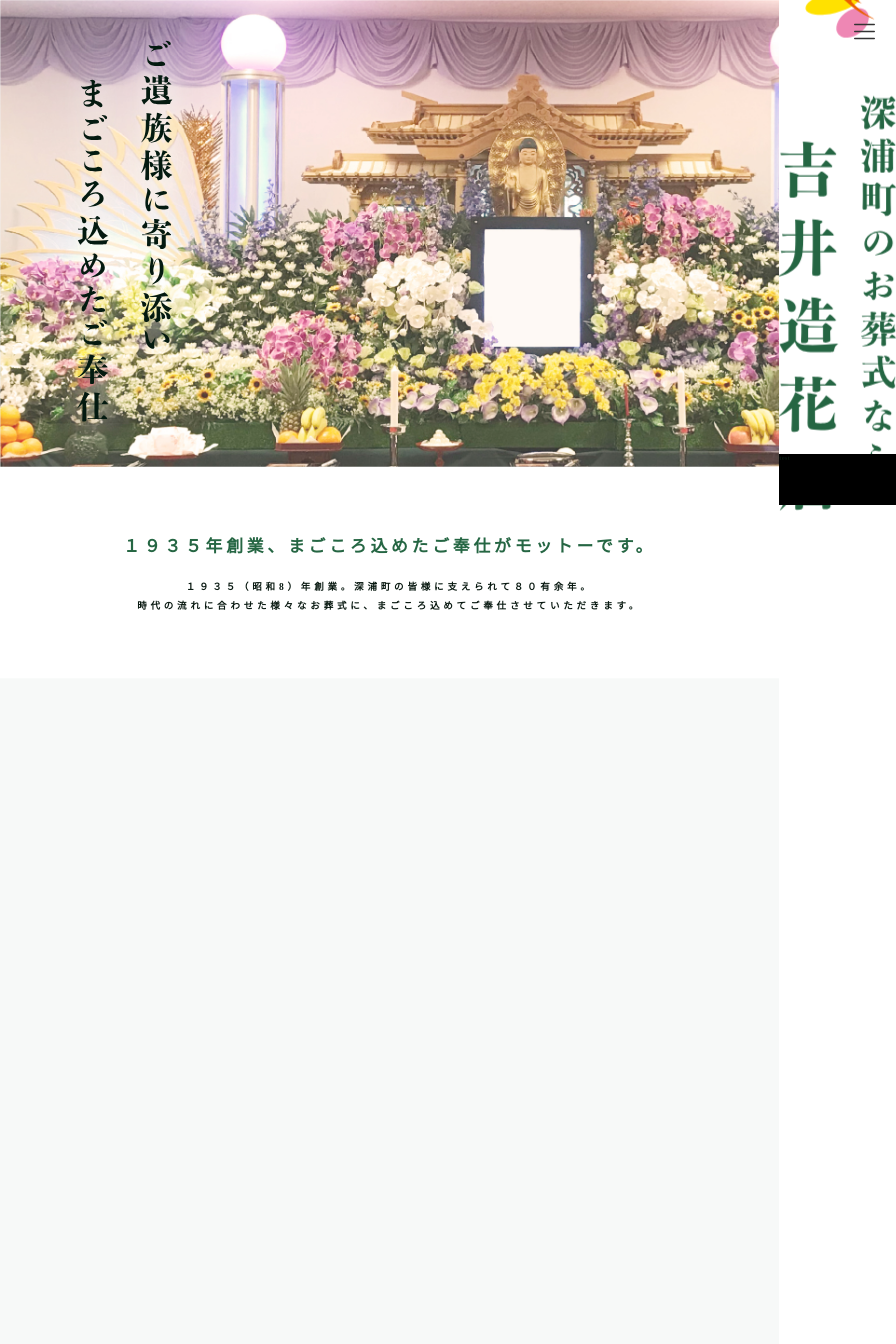
Repository: plus-agc-service-yamauchi/yoshii_scratch_ver3
Page: index.html
These files come from the project's save history. The page is drawn as it stood at one moment and after the next save; the edit follows.
The browser window is 1280 px wide. The pictures show the part of the page from y = 0 to 1920 px (the page is 3726 px tall), at 70% of full size.
Some web libraries are served in a nearby version. The style sheet was rebuilt from its Sass, Less or Tailwind sources for each picture, by a compiler version that may differ from the author's.

Above is the page before, as saved 2021-01-28 22:56:41.
Console error (its wording comes from the project's code and is left out).

### index.html
<!DOCTYPE html>
<html lang="ja">

<head>
    <title>吉井造花店</title>
    <meta name="description" content="1935（昭和8）年創業。深浦町の皆様に支えられて８０有余年。時代の流れに合わせた様々なお葬式に、まごころ込めてご奉仕させていただきます。">
    <meta charset="utf-8" />
    <meta name="viewport" content="width=device-width, initial-scale=1" />
    <meta property="og:title" content="">
    <meta property="og:type" content="">
    <meta property="og:url" content="">
    <meta property="og:image" content="">
    <link rel="manifest" href="site.webmanifest">
    <link rel="apple-touch-icon" href="icon.png">
    <link rel="icon" type="image/x-icon" href="favicon.ico">
    <link rel="stylesheet" href="css/style.min.css" />
    <link rel="stylesheet" href="css/animate.min.css">
    <link rel="stylesheet" href="css/common.min.css" />
    <link rel="stylesheet" href="css/destyle.css" />
</head>

<body>
    <header>
        <!-- SP ヘッダーバー -->
        <div id="headbar">
            <h1 class="text-main"><a href="index.html"><span>有限会社</span> 吉井造花店</a></h1>
        </div>
        <!-- ドロワーナビゲーション -->
        <div id="navArea">
            <nav>
                <div class="inner">
                    <ul class="menu_list">
                        <li><a href="index.html">トップページ</a></li>
                        <li class="nav_item">
                            <a href="#" class="js-dropdown">吉井造花店のご案内<span>&#9662;</span></a>
                            <div class="panel js-dropdown-menu">
                                <ul class="panel-inner">
                                    <li class="panel_item">
                                        <a href="about.html">吉井造花店について</a>
                                    </li>
                                    <li class="panel_item">
                                        <a href="about.html#anchor_1">当社のサービス内容</a>
                                    </li>
                                    <li class="panel_item">
                                        <a href="about.html#anchor_2">会社案内</a>
                                    </li>
                                </ul>
                            </div>
                        </li>
                        <li class="nav_item">
                            <a href="#" class="js-dropdown">お葬式プランと安置室のご案内<span>&#9662;</span></a>
                            <div class="panel js-dropdown-menu">
                                <ul class="panel-inner">
                                    <li class="panel_item">
                                        <a href="plan.html">お葬式プランと安置室のご案内</a>
                                    </li>
                                    <li class="panel_item">
                                        <a href="plan.html#anchor_1">一般葬プラン</a>
                                    </li>
                                    <li class="panel_item">
                                        <a href="plan.html#anchor_2">家族葬プラン</a>
                                    </li>
                                    <li class="panel_item">
                                        <a href="plan.html#anchor_3">安置室プラン</a>
                                    </li>
                                    <li class="panel_item">
                                        <a href="plan.html#anchor_4">安置室について</a>
                                    </li>
                                </ul>
                            </div>
                        </li>
                        <li class="nav_item">
                            <a href="#" class="js-dropdown">御供物・御供花のご注文<span>&#9662;</span></a>
                            <div class="panel js-dropdown-menu">
                                <ul class="panel-inner">
                                    <li class="panel_item">
                                        <a href="order.html">御供物・御供花のご注文</a>
                                    </li>
                                    <li class="panel_item">
                                        <a href="order.html#anchor_1">御供花</a>
                                    </li>
                                    <li class="panel_item">
                                        <a href="order.html#anchor_2">花環</a>
                                    </li>
                                    <li class="panel_item">
                                        <a href="order.html#anchor_3">盛り籠</a>
                                    </li>
                                </ul>
                            </div>
                        </li>
                        <li><a href="faq.html">よくあるご質問</a></li>
                        <div class="sp-call tabVisible pcHidden">
                            <p>24時間365日<br>お問い合わせはお電話・FAXで承ります。</p>
                            <p>お問い合わせはこちら</p>
                            <p><a href="tel:0173-74-2033">&phone; 0173-74-2033</a></p>
                        </div>
                    </ul>
                </div>
            </nav>
            <!-- ナビゲーショントグル -->
            <div class="toggle_btn">
                <span></span>
                <span></span>
                <span></span>
            </div>
            <div id="mask"></div>
        </div>
    </header>
    <main>
        <div class="wrapper">
            <div class="left">
                <!-- メイン スライダー -->
                <div id="slider">
                    <div id="slidertype1">
                        <img src="img/slide_1.jpg" alt="スライド1" width="100%" />
                    </div>
                    <div id="slidertype2">
                        <img src="img/slide_2.jpg" alt="スライド2" width="100%" />
                    </div>
                    <div id="slidertype3">
                        <img src="img/slide_3.jpg" alt="スライド3" width="100%" />
                    </div>
                    <p>
                        <img src="img/hero_text.svg" alt="ご遺族様に寄り添いまごころ込めたご奉仕" class="hero_text" />
                    </p>
                </div>
                <!-- メインコンテンツ -->
                <div class="container">
                    <div class="top">
                        <div class="text-sp-center text-tab-center text-pc-center">
                            <h2 class="text-main font36 mb20">
                                １９３５年創業、まごころ込めたご奉仕がモットーです。
                            </h2>
                        </div>
                        <p class="text-sp-left text-tab-center text-pc-center">
                            １９３５（昭和8）年創業。深浦町の皆様に支えられて８０有余年。<br />
                            時代の流れに合わせた様々なお葬式に、まごころ込めてご奉仕させていただきます。
                        </p>
                    </div>
                </div>
                <div class="bg-sub">
                    <div class="container py30">
                        <div class="mb80">
                            <div class="spHidden tabVisible pcVisible">
                                <div class="grid-pc-2 grid-tab-2">
                                    <div class="inner-left animate__animated animate__fadeInLeft animate__delay-2s">
                                        <img src="img/top_card_1.png" alt="" class="img-pc-100 img-tab-100">
                                    </div>
                                    <div class="inner-right animate__animated animate__fadeInRight animate__delay-2s">
                                        <h3 class="text-main">吉井造花店について</h3>
                                        <p>
                                            お客様の様々な不安を安心にかえるお手伝いをまごころでご奉仕させていただだきます。
                                        </p>
                                        <a class="button text-main" ontouchstart="" href="about.html">
                                            詳細はこちら
                                        </a>
                                    </div>
                                </div>
                            </div>
                            <!-- SP -->
                            <div class="mb30 spVisible tabHidden pcHidden animate__animated animate__fadeInUp animate__delay-2s">
                                <img src="img/top_card_1.png" alt="" class="img100 img-tab-100" />
                                <div class="item">
                                    <h3 class="text-main">吉井造花店について</h3>
                                    <p>
                                        お客様の様々な不安を安心にかえるお手伝いをまごころでご奉仕させていただだきます。
                                    </p>
                                    <a class="button text-main" ontouchstart="" href="about.html">
                                        詳細はこちら
                                    </a>
                                </div>
                            </div>
                        </div>
                        <div class="mb80">
                            <div class="spHidden tabVisible pcVisible">
                                <div class="grid-pc-2 grid-tab-2">
                                    <div class="inner-left-2 animate__animated animate__fadeInLeft animate__delay-3s">
                                        <h3 class="text-main text-left">お葬式プランと<br>安置室のご案内</h3>
                                        <p>
                                            宗旨・宗派を問わず、ご要望にお応えいたします。
                                        </p>
                                        <a class="button text-main" ontouchstart="" href="plan.html">
                                            詳細はこちら
                                        </a>
                                    </div>
                                    <div class="inner-right-2 animate__animated animate__fadeInRight animate__delay-3s">
                                        <img src="img/top_card_2.png" alt="" class="img-pc-100 img-tab-100">
                                    </div>
                                </div>
                            </div>
                            <!-- SP -->
                            <div class="mb30 spVisible tabHidden pcHidden animate__animated animate__fadeInUp animate__delay-3s">
                                <img src="img/top_sp_2.png" alt="" class="img100" />
                                <div class="item">
                                    <h3 class="text-main">お葬式プラン<span class="spHidden tabHidden">と安置室のご案内</span></h3>
                                    <p>
                                        宗旨・宗派を問わず、ご要望にお応えいたします。
                                    </p>
                                    <a class="button text-main" ontouchstart="" href="plan.html">
                                        詳細はこちら
                                    </a>
                                </div>
                            </div>
                        </div>
                        <div class="mb80">
                            <div class="spHidden tabVisible pcVisible">
                                <div class="grid-pc-2 grid-tab-2">
                                    <div class="inner-left animate__animated animate__fadeInLeft animate__delay-4s">
                                        <img src="img/top_card_3.png" alt="" class="img-pc-100 img-tab-100">
                                    </div>
                                    <div class="inner-right animate__animated animate__fadeInRight animate__delay-4s">
                                        <h3 class="text-main">御供物・御供花のご注文</h3>
                                        <p>
                                            お通夜・お葬儀、法要・法事などでご利用いただけます。
                                        </p>
                                        <a class="button text-main" ontouchstart="" href="order.html">
                                            詳細はこちら
                                        </a>
                                    </div>
                                </div>
                            </div>
                            <!-- SP -->
                            <div class="mb30 spVisible tabHidden pcHidden animate__animated animate__fadeInUp animate__delay-4s">
                                <img src="img/top_sp_3.png" alt="" class="img100" />
                                <div class="item">
                                    <h3 class="text-main">御供物・御供花のご注文<span class="spHidden tabHidden"></h3>
                                    <p>
                                        お通夜・お葬儀、法要・法事などでご利用いただけます。
                                    </p>
                                    <a class="button text-main" ontouchstart="" href="order.html">
                                        詳細はこちら
                                    </a>
                                </div>
                            </div>
                        </div>
                        <div class="mb80">
                            <div class="spHidden tabVisible pcVisible">
                                <div class="grid-pc-2 grid-tab-2">
                                    <div class="inner-left-2 animate__animated animate__fadeInLeft animate__delay-5s">
                                        <h3 class="text-main">よくあるご質問</h3>
                                        <p>
                                            ご遺族様の不安や疑問等、お気軽にご相談ください。
                                        </p>
                                        <a class="button text-main" ontouchstart="" href="faq.html">
                                            詳細はこちら
                                        </a>
                                    </div>
                                    <div class="inner-right-2 animate__animated animate__fadeInRight animate__delay-5s">
                                        <img src="img/top_card_4.png" alt="" class="img-pc-100 img-tab-100">
                                    </div>
                                </div>
                            </div>
                            <!-- SP -->
                            <div class="mb30 spVisible tabHidden pcHidden animate__animated animate__fadeInUp animate__delay-5s">
                                <img src="img/top_sp_4.png" alt="" class="img100" />
                                <div class="item">
                                    <h3 class="text-main">よくあるご質問</h3>
                                    <p>
                                        ご遺族様の不安や疑問等、お気軽にご相談ください。
                                    </p>
                                    <a class="button text-main" ontouchstart="" href="faq.html">
                                        詳細はこちら
                                    </a>
                                </div>
                            </div>
                        </div>
                    </div>
                </div>
                <div class="info">
                    <div class="container py30">
                        <div class="text-sp-center text-tab-center text-pc-center mb30">
                            <img src="img/logo_h.svg" alt="" class="img70 img-pc-30 img-tab-30" />
                        </div>
                        <div class="grid-1 grid-tab-2 grid-pc-2 grid-col-gap20">
                            <div class="ir text-sp-left text-tab-left text-pc-left">
                                <div class="mb50">
                                    <p class="font-tracking4">〒038−2324</p>
                                    <p class="font-tracking5 mb30">
                                        青森県西津軽郡深浦町大字深浦字浜町348−7
                                    </p>
                                    <p class="font-tracking5 mb20">
                                        お問い合わせはお電話、FAXで承ります。
                                    </p>
                                    <p class="font-tracking5">
                                        24時間対応・年中無休。お気軽にお問い合わせください。
                                    </p>
                                </div>
                                <div class="mb40 text-tab-center text-pc-center">
                                    <a href="tel:0173-74-2033"><img src="img/info_call.svg" alt="" class="img100 img-pc-70 img-tab-80" /></a>
                                </div>
                                <div class="mb30">
                                    <p class="fpoint">ふかちゃんポイント付与（一部を除く。）</p>
                                </div>
                                <div class="grid-sp-2 grid-pc-2 grid-tab-2 grid-row-gap20 grid-col-gap20 mb20">
                                    <a href="https://www.zensoren.or.jp" target="_blank" class="link">全日本葬祭業協同組合</a>
                                    <a href="http://www.younet-aomori.jp/contact.html" target="_blank" class="link">青森新生活互助会代理店</a>
                                    <a href="http://www.jfn87.co.jp/" target="_blank" class="link2">ジャパンフラワーネットワーク</a>
                                </div>
                                <div>
                                    <img src="img/airpay_h.png" alt="" class="img100 img-tab-100 img-pc-100">
                                </div>
                            </div>
                            <div class="mb30">
                                <iframe src="https://www.google.com/maps/d/u/0/embed?mid=1ebatdI8vkuU5Y1tNTiyKdjtavv3ePw3P&z=16" width="100%" height="480"></iframe>
                            </div>
                        </div>
                    </div>
                </div>
            </div>
            <div class="right" style="height:100vh;">
                <div style="height:90%;display:flex;justify-content:center;align-items:center;">
                    <p style="position:fixed;"><img src="img/logo.svg" alt="" width="100%"></p>
                </div>
                <div style="height:10%;background:#000;position:fixed;bottom:0;width:100%;">test</div>
                <!-- サイドバー -->
                <!-- <div class="sidebar"> -->
                    <!-- <div> -->
                        <!-- <a href="index.html"><img src="img/logo.svg" alt="" class="img-pc-30" /></a> -->
                    <!-- </div> -->
                <!-- </div> -->
                <!-- <div> -->
                <!-- <p id="pageTop"><a href="#">TOP▲</a></p> -->
                    <!-- <div class="sideFooter"> -->
                        <!-- <p>お問い合わせはこちら</p> -->
                        <!-- <p> -->
                            <!-- <a href="tel:0173-74-2033">&phone; 0173-74-2033</a> -->
                        <!-- </p> -->
                    <!-- </div> -->
                <!-- </div> -->
            </div>
        </div>
    </main>

    <!-- フッター -->
    <footer>
        <div class="spVisible tabHidden pcHidden">
            <div class="accbox">
                <a class="cssacc" href="index.html"><span>トップページ</span></a>
                <input type="checkbox" id="label2" class="cssacc" />
                <label for="label2">吉井造花店のご案内</label>
                <div class="accshow">
                    <a class="show" href="about.html#anchor_1">当社のサービス内容</a>
                    <a class="show" href="about.html#anchor_2">会社案内</a>
                </div>
                <input type="checkbox" id="label3" class="cssacc" />
                <label for="label3">お葬式プランと安置室のご案内</label>
                <div class="accshow">
                    <a class="show" href="plan.html#anchor_1">一般葬プラン</a>
                    <a class="show" href="plan.html#anchor_2">自宅葬プラン</a>
                    <a class="show" href="plan.html#anchor_3">安置室プラン</a>
                    <a class="show" href="plan.html_anchor_4">安置室について</a>
                </div>
                <input type="checkbox" id="label4" class="cssacc" />
                <label for="label4">御供物・御供花のご注文</label>
                <div class="accshow">
                    <a class="show" href="order.html">御供物・御供花のご注文</a>
                    <a class="show" href="order.html#anchor_1">御供花</a>
                    <a class="show" href="order.html#anchor_2">花環</a>
                    <a class="show" href="order.html#anchor_3">盛り籠</a>
                </div>
                <a class="cssacc" href="faq.html"><span>よくあるご質問</span></a>
            </div>
        </div>
        <div class="spHidden tabVisible pcVisible">
            <div class="footerWrapper grid-1 grid-tab-5 grid-pc-5 grid-col-gap20">
                <ul>
                    <li class="footerHeading"><a href="index.html">トップページ</a></li>
                </ul>
                <ul>
                    <li class="footerHeading">
                        <a href="about.html">吉井造花店のご案内</a></span>
                    </li>
                    <li class="footerItemStart"><a href="about.html#anchor_1">当社のサービス内容</a></li>
                    <li class="footerItem"><a href="about.html#anchor_2">会社案内</a></li>
                </ul>
                <ul>
                    <li class="footerHeading">
                        <a href="plan.html">お葬式プランと安置室のご案内</a></span>
                    </li>
                    <li class="footerItemStart"><a href="plan.html#anchor_1">一般葬プラン</a></li>
                    <li class="footerItem"><a href="plan.html#anchor_2">自宅葬プラン</a></li>
                    <li class="footerItem"><a href="plan.html#anchor_3">安置室プラン</a></li>
                    <li class="footerItem"><a href="plan.html_anchor_4">安置室について</a></li>
                </ul>
                <ul>
                    <li class="footerHeading"><a href="order.html">御供物のご注文</a></li>
                    <li class="footerItemStart"><a href="order.html#anchor_1">御供花</a></li>
                    <li class="footerItem"><a href="order.html#anchor_2">花環</a></li>
                    <li class="footerItem"><a href="order.html#anchor_3">盛り籠</a></li>
                </ul>
                <ul>
                    <li class="footerHeading"> <a href="faq.html">よくあるご質問</a></li>
                </ul>
            </div>
        </div>
    </footer>
    <div class="copy text-center">©️2020 有限会社 吉井造花店</div>
    <script src="http://ajax.googleapis.com/ajax/libs/jquery/2.1.4/jquery.min.js"></script>
    <script src="js/menu.min.js"></script>
    <script src="js/slide.min.js"></script>
    <script src="js/scroll.min.js"></script>
    <script src="js/returnTop.min.js"></script>
    <!-- Google Analytics: change UA-XXXXX-Y to be your site's ID. -->
    <script>
    window.ga = function() { ga.q.push(arguments) };
    ga.q = [];
    ga.l = +new Date;
    ga('create', 'UA-XXXXX-Y', 'auto');
    ga('set', 'anonymizeIp', true);
    ga('set', 'transport', 'beacon');
    ga('send', 'pageview')
    </script>
    <script src="https://www.google-analytics.com/analytics.js" async></script>
</body>

</html>

Loaded but not shown: css/animate.min.css (library); js/menu.min.js (1 lines, source omitted); js/slide.min.js (1 lines, source omitted); js/returnTop.min.js (1 lines, source omitted); js/scroll.min.js (1 lines, source omitted); scss/style.scss (1670 lines, source omitted); scss/common.scss (1575 lines, source omitted); scss/index.scss (238 lines, source omitted); scss/faq.scss (212 lines, source omitted); css/destyle.css (276 lines, source omitted); scss/about.scss (167 lines, source omitted); scss/plan.scss (42 lines, source omitted); scss/order.scss (9 lines, source omitted); scss/option.scss (6 lines, source omitted)

After the next save:
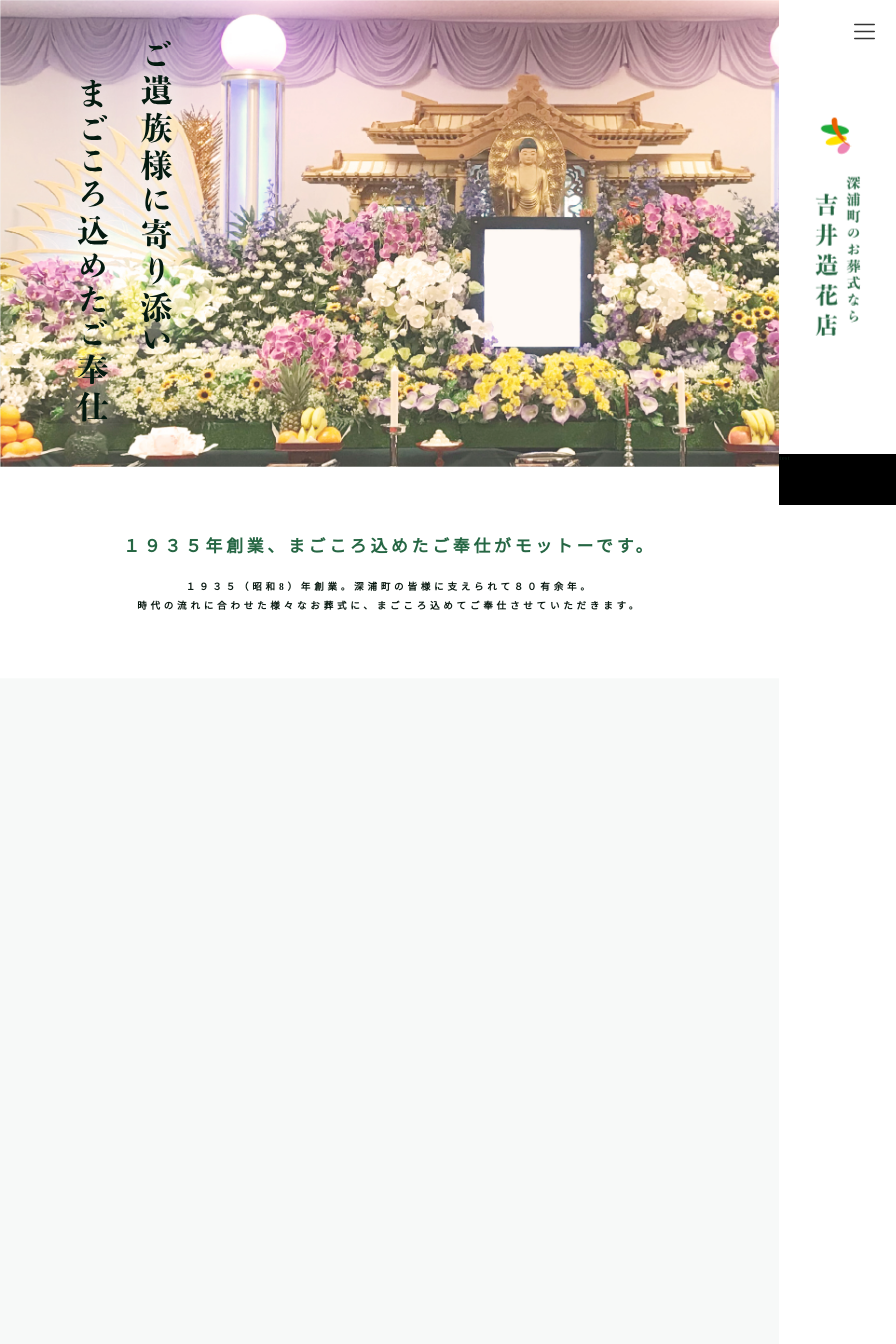
Saved 2 min 21 s later.
--- a/index.html
+++ b/index.html
@@ -309,7 +309,7 @@
             </div>
             <div class="right" style="height:100vh;">
                 <div style="height:90%;display:flex;justify-content:center;align-items:center;">
-                    <p style="position:fixed;"><img src="img/logo.svg" alt="" width="100%"></p>
+                    <p style="position:fixed;width:5%;"><img src="img/logo.svg" alt="" width="100%"></p>
                 </div>
                 <div style="height:10%;background:#000;position:fixed;bottom:0;width:100%;">test</div>
                 <!-- サイドバー -->
